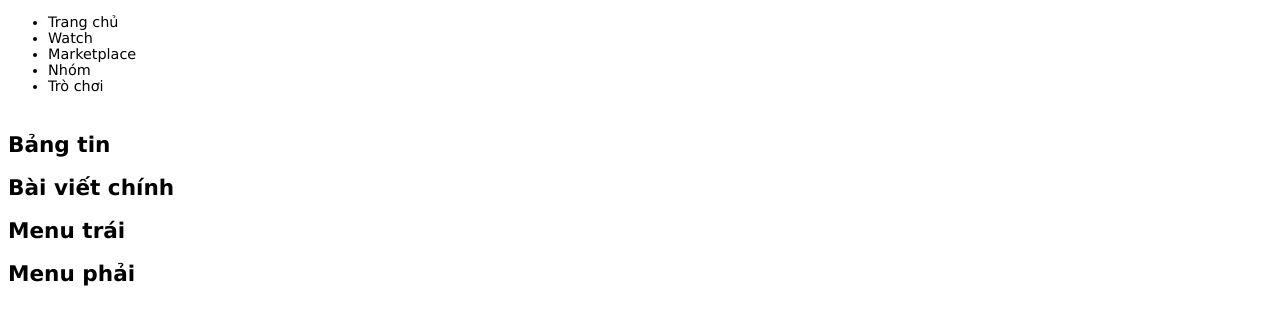
Repository: congle98/CSS_LayoutFacebookCoBan
Page: index.html
An editor plug-in stored every save of this project. The page is shown before and after the next save, followed by the edit.
The browser window is 1280 px wide. The pictures show the whole page.

Above is the page before, as saved 2021-05-26 15:23:47.

### index.html
<!DOCTYPE html>
<html lang="en">
<head>
    <meta charset="UTF-8">
    <meta http-equiv="X-UA-Compatible" content="IE=edge">
    <meta name="viewport" content="width=device-width, initial-scale=1.0">
    <title>Document</title>
    <style>
        body {
            font-family: Verdana,sans-serif;
            font-size: 0.9em;
            width: 1000px;
        }
        header{
            background-color: ;
            width: 100%;
            height: 100px;
        }
    </style>
</head>
<body>
    <header>
        <nav>
            <ul>
                <li>Trang chủ</li>
                <li>Watch</li>
                <li>Marketplace</li>
                <li>Nhóm</li>
                <li>Trò chơi</li>
            </ul>
        </nav>
    </header>
    <section>
        <article>
            <h2>Bảng tin</h2>
        </article>
        <article>
            <h2>Bài viết chính</h2>
        </article>
    </section>
    <div id="sidebar-left">
        <h2>Menu trái</h2>
    </div>
    <div id="sidebar-right">
        <h2>Menu phải</h2>
    </div>
</body>
</html>

After the next save:
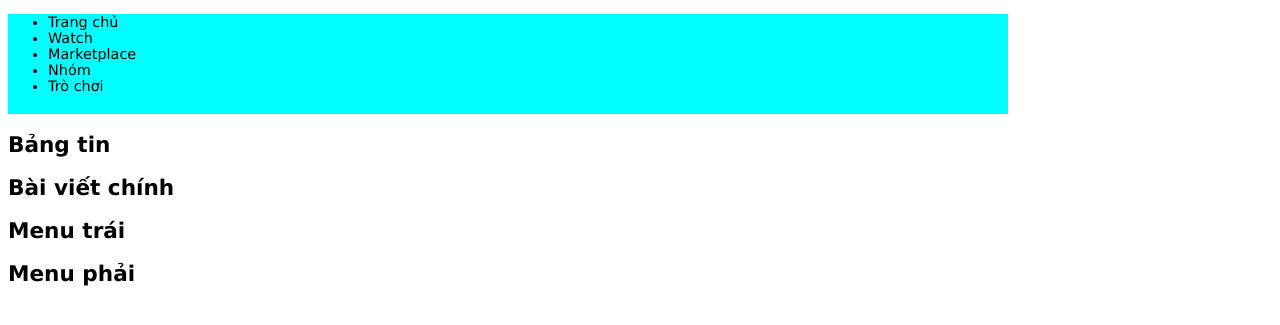
Saved 11 s later.
--- a/index.html
+++ b/index.html
@@ -12,7 +12,7 @@
             width: 1000px;
         }
         header{
-            background-color: ;
+            background-color: cyan;
             width: 100%;
             height: 100px;
         }
